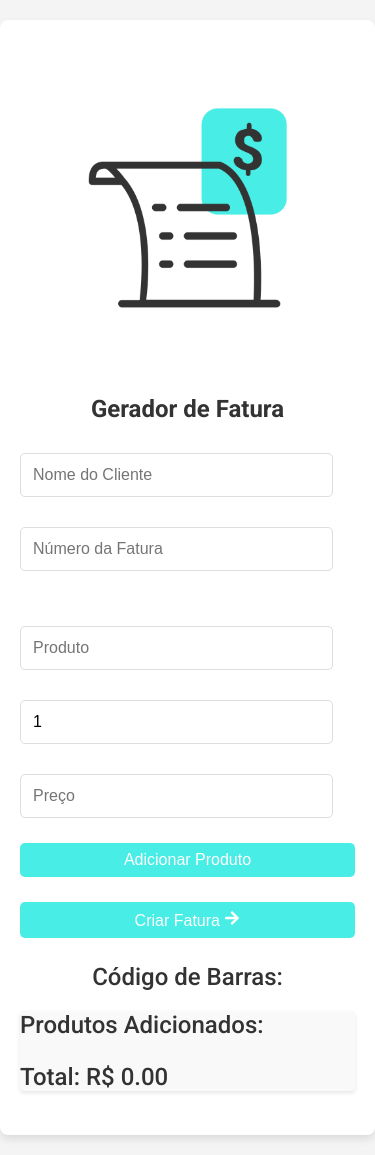
Repository: thmedu/Gerador-de-Faturas
Page: /
An editor plug-in stored every save of this project. The page is shown before and after the next save, followed by the edit.
The browser window is 375 px wide. The pictures show the whole page.
The project was rebuilt for these pictures with package versions that can differ from the ones it lists, and the page was loaded fresh each time. Also part of the build but not shown: vite.config.js, src/Componete/Template.jsx.

Above is the page before, as saved 2024-07-16 22:41:25.

After the next save:
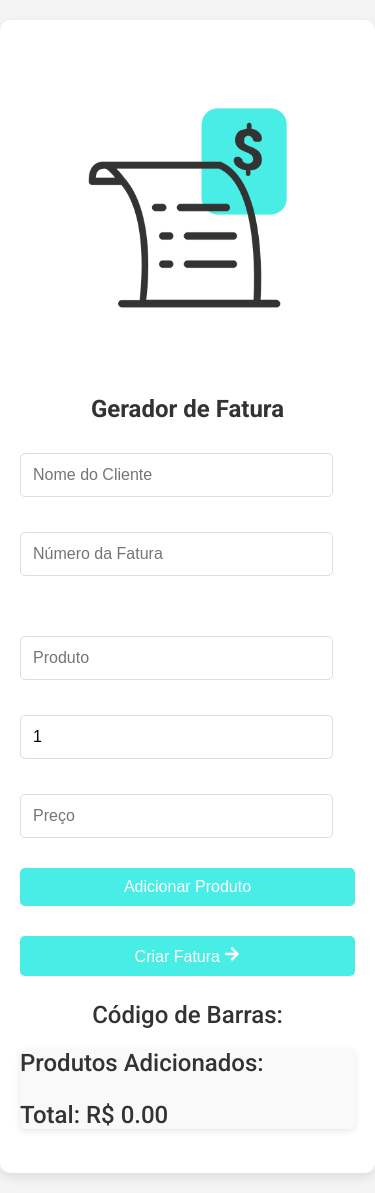
Saved 51 s later.
--- a/src/App.css
+++ b/src/App.css
@@ -1,6 +1,8 @@
 /* Global Styles */
+@import url('https://fonts.googleapis.com/css2?family=Roboto:wght@400;500;700&display=swap');
+
 body {
-  font-family: 'Arial', sans-serif;
+  font-family: 'Roboto', sans-serif;
   background-color: #f4f4f4;
   margin: 0;
   padding: 0;
@@ -9,10 +11,10 @@ body {
 .container {
   max-width: 800px;
   margin: 20px auto;
-  padding: 20px;
+  padding: 30px;
   background: #ffffff;
-  border-radius: 8px;
-  box-shadow: 0 4px 8px rgba(0, 0, 0, 0.1);
+  border-radius: 10px;
+  box-shadow: 0 4px 12px rgba(0, 0, 0, 0.1);
 }
 
 .logo {
@@ -26,56 +28,64 @@ body {
   text-align: center;
   color: #333;
   margin-bottom: 20px;
+  font-size: 2em; /* Increased font size for prominence */
 }
 
 /* Form Styles */
 .form {
   display: flex;
   flex-direction: column;
-  gap: 15px;
+  gap: 20px; /* Increased gap for better spacing */
 }
 
 .inputs {
   display: flex;
-  gap: 10px;
+  gap: 15px;
   flex-wrap: wrap; /* Allow wrapping */
 }
 
 .input-field {
   flex: 1;
-  padding: 10px;
+  padding: 12px; /* Increased padding */
   border: 1px solid #ccc;
-  border-radius: 4px;
+  border-radius: 6px; /* Slightly more rounded corners */
   font-size: 16px;
-  min-width: 200px; /* Minimum width for inputs */
+  min-width: 220px; /* Minimum width for inputs */
   box-sizing: border-box; /* Include padding and border in width */
 }
 
+.input-field:focus {
+  border-color: #48ede5; /* Highlight on focus */
+  outline: none;
+  box-shadow: 0 0 5px rgba(72, 237, 229, 0.5); /* Subtle glow */
+}
+
 .submit-button {
-  padding: 10px 15px;
+  padding: 12px 20px; /* Increased padding */
   background-color: #48ede5;
   color: #fff;
   border: none;
   border-radius: 5px;
   cursor: pointer;
-  transition: background-color 0.3s;
+  transition: background-color 0.3s, transform 0.2s;
 }
 
 .submit-button:hover {
   background-color: #36b8c2;
+  transform: translateY(-2px); /* Lift effect */
 }
 
 .product-form {
   margin-top: 20px;
   display: flex;
   flex-direction: column;
-  gap: 10px;
+  gap: 15px; /* Increased gap */
 }
 
 .product-form input {
-  padding: 10px;
+  padding: 12px; /* Increased padding for product inputs */
   border: 1px solid #ccc;
-  border-radius: 4px;
+  border-radius: 6px;
   width: 100%; /* Full width for product inputs */
   box-sizing: border-box; /* Include padding and border in width */
 }
@@ -83,10 +93,10 @@ body {
 /* Product List Styles */
 .product-list {
   margin-top: 20px;
-  padding: 10px;
+  padding: 15px;
   background: #f9f9f9;
-  border-radius: 4px;
-  box-shadow: 0 2px 4px rgba(0, 0, 0, 0.1);
+  border-radius: 6px;
+  box-shadow: 0 2px 6px rgba(0, 0, 0, 0.1);
 }
 
 .product-list ul {
@@ -95,8 +105,9 @@ body {
 }
 
 .product-list li {
-  padding: 8px 0;
+  padding: 10px 0;
   border-bottom: 1px solid #ddd;
+  font-size: 16px; /* Consistent font size */
 }
 
 .product-list li:last-child {
@@ -109,21 +120,21 @@ body {
   text-align: center;
 }
 
-
 /* Button Styles */
 .back-button {
   margin-top: 20px;
-  padding: 10px 15px;
+  padding: 12px 20px; /* Increased padding */
   background-color: #ff6b6b;
   color: white;
   border: none;
   border-radius: 5px;
   cursor: pointer;
-  transition: background-color 0.3s;
+  transition: background-color 0.3s, transform 0.2s;
 }
 
 .back-button:hover {
   background-color: #e55b5b;
+  transform: translateY(-2px); /* Lift effect */
 }
 
 /* Media Queries */
@@ -137,22 +148,18 @@ body {
     width: 100%; /* Full width on small screens */
   }
 
-  .product-list, .pdf-container {
-    padding: 15px; /* Less padding for smaller screens */
+  .product-list, .container {
+    padding: 20px; /* Less padding for smaller screens */
   }
 
-  .submit-button {
-    width: 100%; /* Full width for the button */
-  }
-
-  .back-button {
-    width: 100%; /* Full width for the back button */
+  .submit-button, .back-button {
+    width: 100%; /* Full width for buttons */
   }
 }
 
 @media (max-width: 400px) {
   .submit-button, .back-button {
-    padding: 8px; /* Smaller padding on extra small screens */
+    padding: 10px; /* Smaller padding on extra small screens */
   }
 
   .title {
